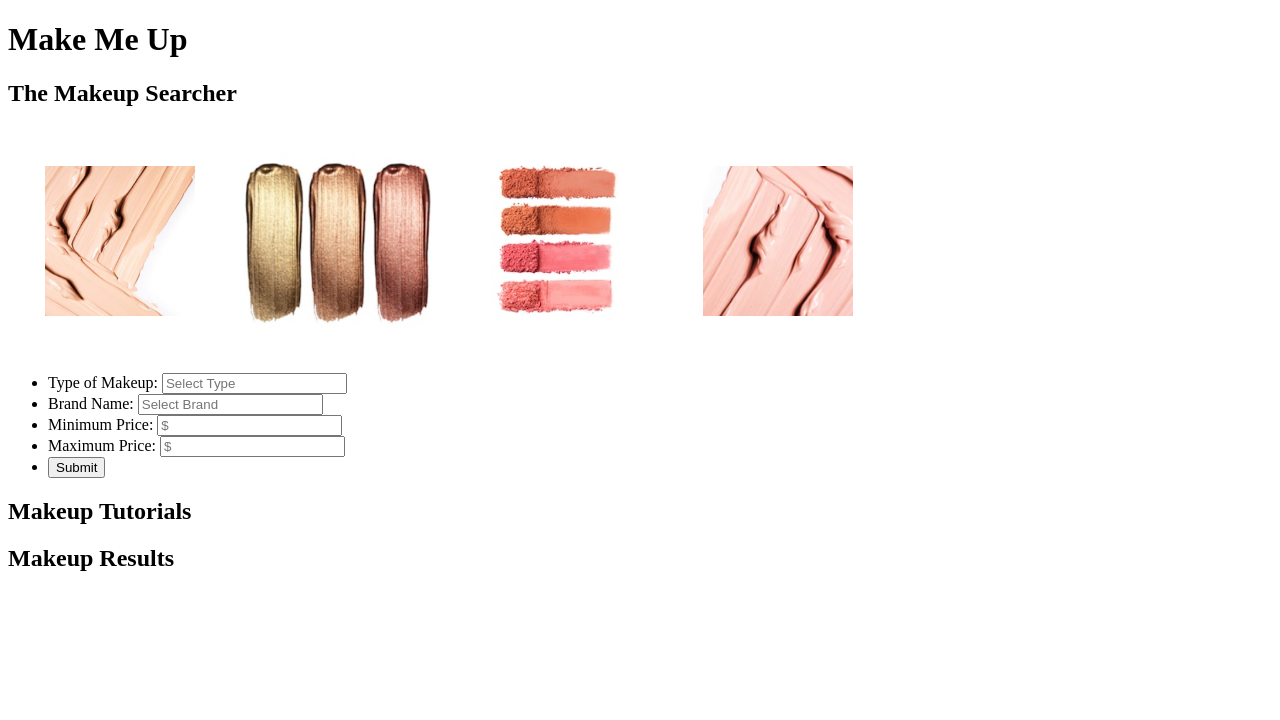
Repository: kaitlynMidori/MakeMeUp
Page: index.html
These files come from the project's save history. The page is drawn as it stood at one moment and after the next save; the edit follows.
The browser window is 1280 px wide. The pictures show the whole page.

Above is the page before, as saved 2020-12-13 17:57:09.

### index.html
<!DOCTYPE html>
<html lang="en">

<head>
    <meta charset="utf-8">
    <meta name="viewport" content="width=device-width">
    <title>Make Me Up</title>
    <link href="style.css" rel="stylesheet" type="text/css" media="only screen and (max-device-width: 480px) , only screen and (-webkit-min-device-pixel-ratio: 2) , screen and (-webkit-device-pixel-ratio:1.5)"/>
    <link rel="preconnect" href="https://fonts.gstatic.com">
    <link href="https://fonts.googleapis.com/css2?family=Nanum+Gothic&display=swap" rel="stylesheet">
</head>

<body>
   <div class="web-container">
    <header>
        <h1>Make Me Up</h1>
        <h2>The Makeup Searcher</h2>
    </header>

    <div id="img-container" class="img" style="padding: 5px;">
        <img src="images/smear1.png" alt="eyeshadow smear" height="150" width="150" style="padding: 2em;">
        <img src="images/smear2.png" alt="lipstick smear" height="200" width="200" style="padding: .5em;">
        <img src="images/smear4.jpg" alt="concealer smear" height="200" width="200" style="padding: .5em;">
        <img src="images/smear3.png" alt="blush smear" height="150" width="150" style="padding: 2em;">
    </div>

    <div class="form-container">
        <form id="js-form">
            <ul class="formWrapper">
                <li class= "form-row">
                    <label class="search-term" for="product-type">Type of Makeup:</label>
                    <input class="product-type input" type="text" name="product-type" id="product-type" placeholder="Select Type" list="product-type-list">
                    <datalist id="product-type-list">
                        <option value="Blush">
                        <option value="Bronzer">
                        <option value="Eyebrow">
                        <option value="Eyeliner">
                        <option value="Eyeshadow">
                        <option value="Foundation">
                        <option value="Lip Liner">
                        <option value="Lipstick">
                        <option value="Mascara">
                        <option value="Nail Polish">
                    </datalist>
                </li>

                <li class="form-row">
                    <label class="search-term" for="brand">Brand Name:</label>
                    <input class="brand input" type="text" name="brand" id="brand" placeholder="Select Brand" list="brand-list">
                    <datalist id="brand-list">
                        <option value="Almay">
                        <option value="Alva">
                        <option value="Anna Sui">
                        <option value="Annabelle">
                        <option value="Benefit">
                        <option value="Boosh">
                        <option value="Burt's Bees">
                        <option value="Butter London">
                        <option value="C'est Moi">
                        <option value="Cargo Cosmetics">
                        <option value="China Glaze">
                        <option value="Clinique">
                        <option value="Coastal Classic Creation">
                        <option value="Colourpop">
                        <option value="Covergirl">
                        <option value="Dalish">
                        <option value="Deciem">
                        <option value="Dior">
                        <option value="Dr. Hauschka">
                        <option value="e.l.f">
                        <option value="Essie">
                        <option value="Fenty">
                        <option value="Glossier">
                        <option value="Green People">
                        <option value="Iman">
                        <option value="L'oreal">
                        <option value="Lotus Cosmetics USA">
                        <option value="Maia's Mineral Galaxy">
                        <option value="Marcelle">
                        <option value="Marienatie">
                        <option value="Maybelline">
                        <option value="Milani">
                        <option value="Mineral Fusion">
                        <option value="Misa">
                        <option value="Mistura">
                        <option value="Moov">
                        <option value="Nudus">
                        <option value="NYX">
                        <option value="ORLY">
                        <option value="Pacifica">
                        <option value="Penny Lane Organics">
                        <option value="Physicians Formula">
                        <option value="Piggy Paint">
                        <option value="Pure Anada">
                        <option value="Rejuva Minerals">
                        <option value="Revlon">
                        <option value="Sally B's Skin Yummies">
                        <option value="Salon Perfect">
                        <option value="Sante">
                        <option value="Sinful Colours">
                        <option value="Smashbox">
                        <option value="Stila">
                        <option value="Suncoat">
                        <option value="w3llpeople">
                        <option value="wet n wild">
                        <option value="Zorah">
                        <option value="Zorah Biocosmetiques">
                    </datalist>
                </li>

                <li class="form-row">
                    <label class="search-term" for="min-price-input">Minimum Price:</label>
                    <input class="min-price input" type="number" name="min-price" id="min-price-input" placeholder="$">
                </li>

                <li class="form-row">
                    <label class="search-term" for="max-price-input">Maximum Price:</label>
                    <input class="max-price input" type="number" name="max-price" id="max-price-input" placeholder="$">
                </li>

                <li class="button">
                    <input id="submit-btn" type="submit" value="Submit">
                </li>

            </ul>
        </form>
    </div>

        <p id="js-error-message" class="error-message"></p>

        <section id="yt-results" class="hidden">
            <h2>Makeup Tutorials</h2>
            <ul id="yt-results-list">
            </ul>
        </section>
    <div id="results-container" class="hidden">
        <h2>Makeup Results</h2>
            <ul id="results-list">
            </ul>
    </div>

    <script src="https://code.jquery.com/jquery-3.3.1.js" integrity="sha256-2Kok7MbOyxpgUVvAk/HJ2jigOSYS2auK4Pfzbm7uH60=" crossorigin="anonymous"></script>
    <script src="script.js"></script>
    </div>
</body>

</html>

### script.js
 'use strict';

const makeupURL = 'https://makeup-api.herokuapp.com/api/v1/products.json';

//format url
function formatQueryParams(params) {
    const queryItems = Object.keys(params)
        .map(key => `${encodeURIComponent(key)}=${encodeURIComponent(params[key])}`)
    return queryItems.join('&');
}

function getMakeUp(searchTerm, brand, minPrice, maxPrice) {
    const params = {
        product_type: searchTerm,
        brand: brand,
        price_greater_than: minPrice,
        price_less_than: maxPrice,
    };

    const queryString = formatQueryParams(params)
    const url = makeupURL + '?' + queryString;
    console.log(url);

    fetch(url)
        .then(response => {
            if (response.ok) {
                return response.json();
            }
            throw new Error(response.statusText);
        })
        .then(responseJson => displayResults(responseJson))
        .catch(err => {
            $('#js-error-message').text(`Something went wrong: ${err.message}`);
        });
}

function displayResults(responseJson) {
    // if there are previous results, remove them
    console.log(responseJson);
    $('#results-list').empty();

    //if there are no results, display a msg
    if (!Object.keys(responseJson).length) {
        $('#results-list').append(`<h2>Sorry, No Products Found For That Make-Up and/or Brand</h2>`);
    }
    // iterate through the items array
    for (let i = 0; i < responseJson.length; i++) {

        // for each makeup object in the items array, add a list item to the results
        //list with the full name, img, price, description, url
        $('#results-list').append(
            `<li class="each-product-result">
      <h3 class="product-name">${responseJson[i].name}</h3>
      <img class="product-img" src="${responseJson[i].image_link}">

      <br>

      <p class="product-price">$${responseJson[i].price}</p>
      <p class="product-description">${responseJson[i].description}</p>
      </li>`
        )
    };

    //display the results section
    $('#results').removeClass('hidden');

    //clear input after results load
    $('#product-type').val('')
    $('#brand').val('')
    $('#min-price-input').val('');
    $('#max-price-input').val('');
};

// *****************Youtube video portion**************************************

const youtubeURL = 'https://www.googleapis.com/youtube/v3/search';

function getYoutubeVideo(searchTerm, brand) {
 const params = {
    part:'snippet',
    key:'AIzaSyDLTkOknlkbRK8xtwwM4HzWWfjG2awJktI',
    q: searchTerm + brand + ' makeup',
    maxResults: 6,
    type: 'video',
    order: 'Relevance',
    safeSearch: 'strict',
    relevanceLanguage: 'en'
  };

  const queryString = formatQueryParams(params)
  const url = youtubeURL + '?' + queryString;
  console.log(url);

  fetch(url)
    .then(response => {
      if (response.ok) {
        return response.json();
      }
      throw new Error(response.statusText);
    })
    .then(responseJson => displayYoutubeResults(responseJson))
    .catch(err => {
      $('#js-error-message').text(`Something went wrong: ${err.message}`);
    });
}

function displayYoutubeResults(responseJson) {
  console.log(responseJson);

  $('#yt-results-list').empty();

  if(!Object.keys(responseJson.items).length){
    $('#yt-results-list').append(`<h2>Sorry, No Videos Found For That Make-Up and/or Brand</h2>`);
  }

  for (let i = 0; i < responseJson.items.length; i++){
    $('#yt-results-list').append(
      `<li class= "each-yt-result">
      <a href="https://www.youtube.com/watch?v=${responseJson.items[i].id.videoId}?vq=hd1080" target=_blank>
        <h3>${responseJson.items[i].snippet.title} class="yt-title"</h3>
      </a>
      <a href="https://www.youtube.com/watch?v=${responseJson.items[i].id.videoId}?vq=hd1080" class= "yt-thumbnails" target=_blank>
        <img src="${responseJson.items[i].snippet.thumbnails.default.url}">
      </a>

      <p>Channel: <a href="https://www.youtube.com/channel/${responseJson.items[i].snippet.channelId}" class="yt-channel" target=_blank>${responseJson.items[i].snippet.channelTitle}</a></p>

      <p>${responseJson.items[i].snippet.description}</p>

      </li>`)
  };

  $('#yt-results').removeClass('hidden');
};

//watch form
//prevent submit btn default
//collect values for user input
function watchForm() {
    $('form').submit(event => {
        event.preventDefault();
        const searchTerm = $('#product-type').val();
        const brand = $('#brand').val();
        const minPrice = $('#min-price-input').val();
        const maxPrice = $('#max-price-input').val();
        getMakeUp(searchTerm, brand, minPrice, maxPrice);
        getYoutubeVideo(searchTerm, brand);
    });
}

$(watchForm);

### style.css
body, html {
    margin: 0px;
    padding: 0px;
    background-color: white;
}

.web-container {
    width: 90%;
    min-width: 500px;
    margin: auto;
}

.img {
    width: 90%;
    min-width: 500px;
    margin: auto;
}

hidden {
    display: none;
}

* {
    font-family: 'Nanum Gothic', sans-serif;
    color: black;
}

/* header styling */
header {
    width: 100%;
    /* height: 120px;
    line-height: 120px; */
    background-color: white;
    border-style: solid;
    border-width: thin;
    border-color: black;
}

h1 {
    text-align: center;
}

h2 {
    text-align: center;
}

/* Body styling */
/* body {
    background-color: white;
    align-items: center;
    justify-content: center;
} */

/* Image styling */

#img-container {
    display: flex;
    flex-direction: row;
    flex-wrap: nowrap;
    justify-content: center;
}

/* Form styling */
.formWrapper {
    background-color: white;
    list-style-type: none;
    padding: 0;
    border-style: solid;
    border-width: thin;
    border-color: #fbfefb;
}

.form-container {
    width: 70%;
    min-width: 500px;
    margin: auto;
}

.form-row {
    display: flex;
    justify-content: center;
    padding: .5em 1em .5em 1em;
}

.form-row >label {
    /* padding: .5em 1em .5em 12em; */
    flex: 1;
}

.form-row > input {
    /* margin-right: auto; */
    flex: 2;
}

.form-row > input,
.form-row > button {
    padding: .5em;
}

#submit-btn {
    max-width: 250px;
    display:flex;
    flex: 1;
    justify-content: center;
    margin-left: auto;
    margin-right: auto;
    margin-top: 30px;
	background-color:white;
	border-radius:2px;
	border:1px solid black;
	cursor:pointer;
	color:black;
	font-family:Arial;
	font-size:12px;
	font-weight:bold;
	padding:10px 10px 10px 10px;
	text-decoration:none;
}

/* results styling */


#results-list {
    display: flex;
    flex-wrap: wrap;
    justify-content: center;
    font-size: 12px;
}

.each-product-result {
    padding-left: 7px;
    list-style-type: none;
    background-color: white;
    border: lightgray;
    border-style: solid;
    border-width: thin;
    width: 200px;
}

.each-product-result > .product-name {
    display: block;
    margin-right: auto;
    margin-left: auto;
    font-size: 12px;
    width: 160px;
}

.each-product-result > .product-img {
    display: block;
    border: white;
    border-style: solid;
    border-width: thin;
    margin-left: auto;
    margin-right: auto;
    height: 150px;
    width: 150px;
}

.each-product-result > .product-price {
    font-style: italic;
}

.each-product-result > .product-description {
    font-size: 12px;
    font-weight: lighter;
    width: 180px;
}

/* YouTube video Styling */

#yt-results-list {
    display: flex;
    flex-wrap: wrap;
    justify-content: center;
    font-size: 12px;
}

.each-yt-result {
    padding-left: 7px;
    list-style-type: none;
    background-color: white;
    border: lightgray;
    border-style: solid;
    border-width: thin;
    width: 200px;
}

.each-yt-result > .yt-title {
    display: block;
    margin-left: auto;
    margin-left: auto;
}

.each-yt-result > .yt-description {
    font-size: 12px;
    width: 180px;
}

.each-yt-result > .yt-thumbnails {
    display: block;
    border: white;
    border-style: solid;
    border-width: thin;
    margin-left: auto;
    margin-right: auto;
    height: 130px;
    width: 150px;
}

After the next save:
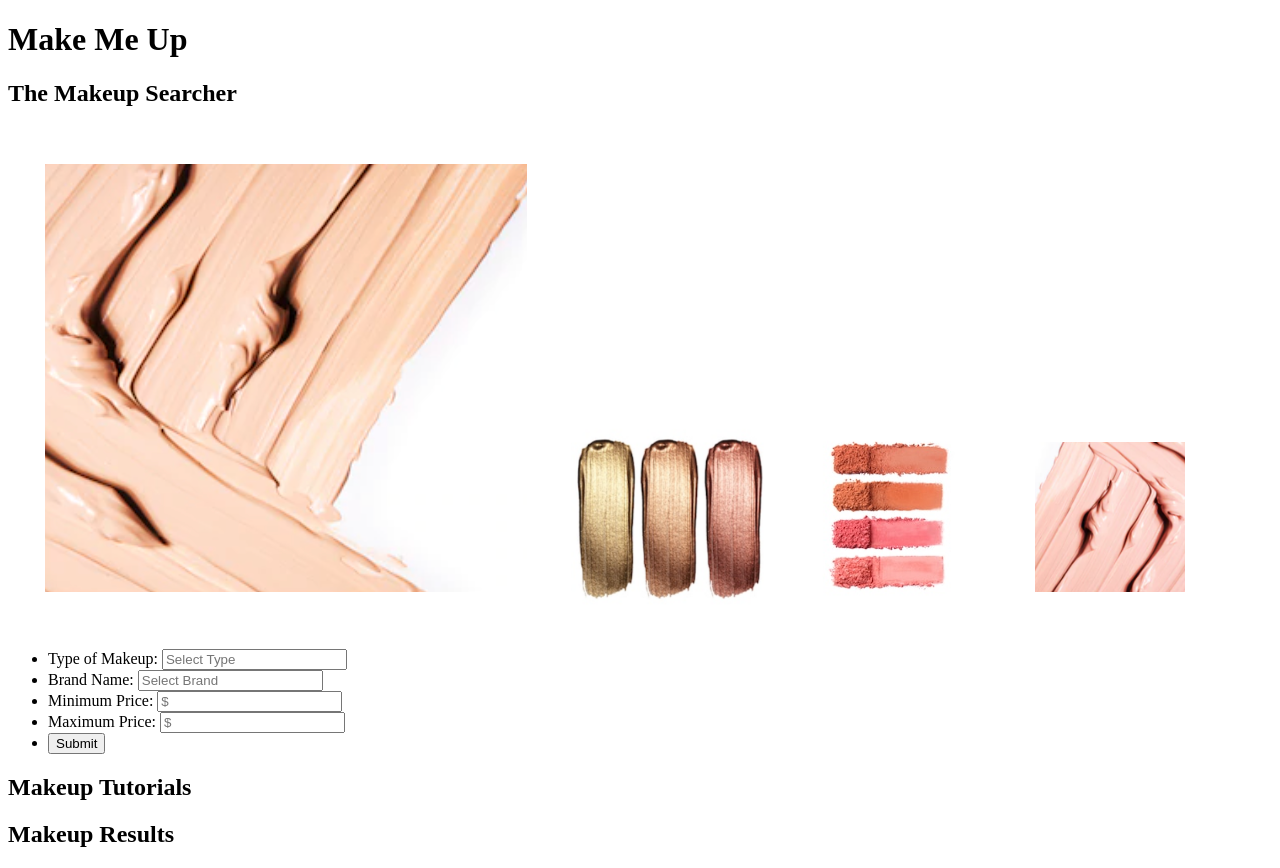
Saved 17 s later.
--- a/index.html
+++ b/index.html
@@ -18,7 +18,7 @@
     </header>
 
     <div id="img-container" class="img" style="padding: 5px;">
-        <img src="images/smear1.png" alt="eyeshadow smear" height="150" width="150" style="padding: 2em;">
+        <img src="images/smear1.png" alt="eyeshadow smear" max-height="150" max-width="150" style="padding: 2em;">
         <img src="images/smear2.png" alt="lipstick smear" height="200" width="200" style="padding: .5em;">
         <img src="images/smear4.jpg" alt="concealer smear" height="200" width="200" style="padding: .5em;">
         <img src="images/smear3.png" alt="blush smear" height="150" width="150" style="padding: 2em;">

After the save that followed:
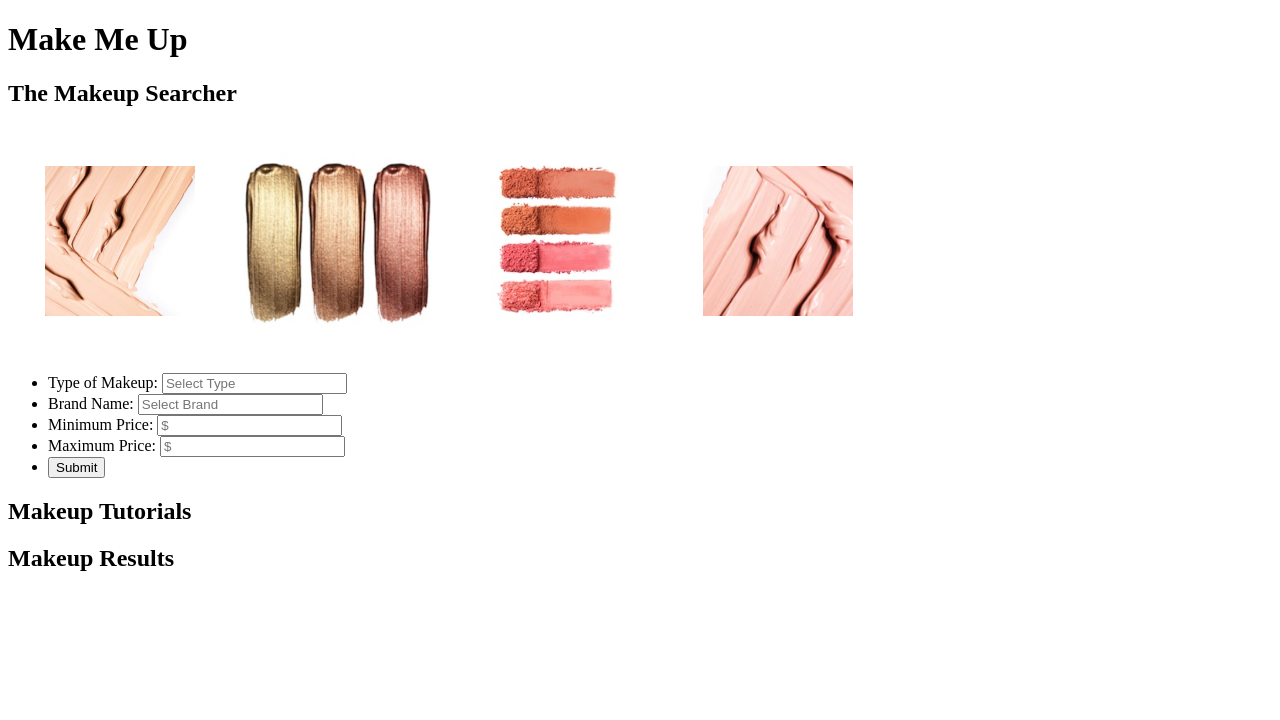
Saved 5 s later.
--- a/index.html
+++ b/index.html
@@ -18,7 +18,7 @@
     </header>
 
     <div id="img-container" class="img" style="padding: 5px;">
-        <img src="images/smear1.png" alt="eyeshadow smear" max-height="150" max-width="150" style="padding: 2em;">
+        <img src="images/smear1.png" alt="eyeshadow smear" height="150" width="150" style="padding: 2em;">
         <img src="images/smear2.png" alt="lipstick smear" height="200" width="200" style="padding: .5em;">
         <img src="images/smear4.jpg" alt="concealer smear" height="200" width="200" style="padding: .5em;">
         <img src="images/smear3.png" alt="blush smear" height="150" width="150" style="padding: 2em;">
